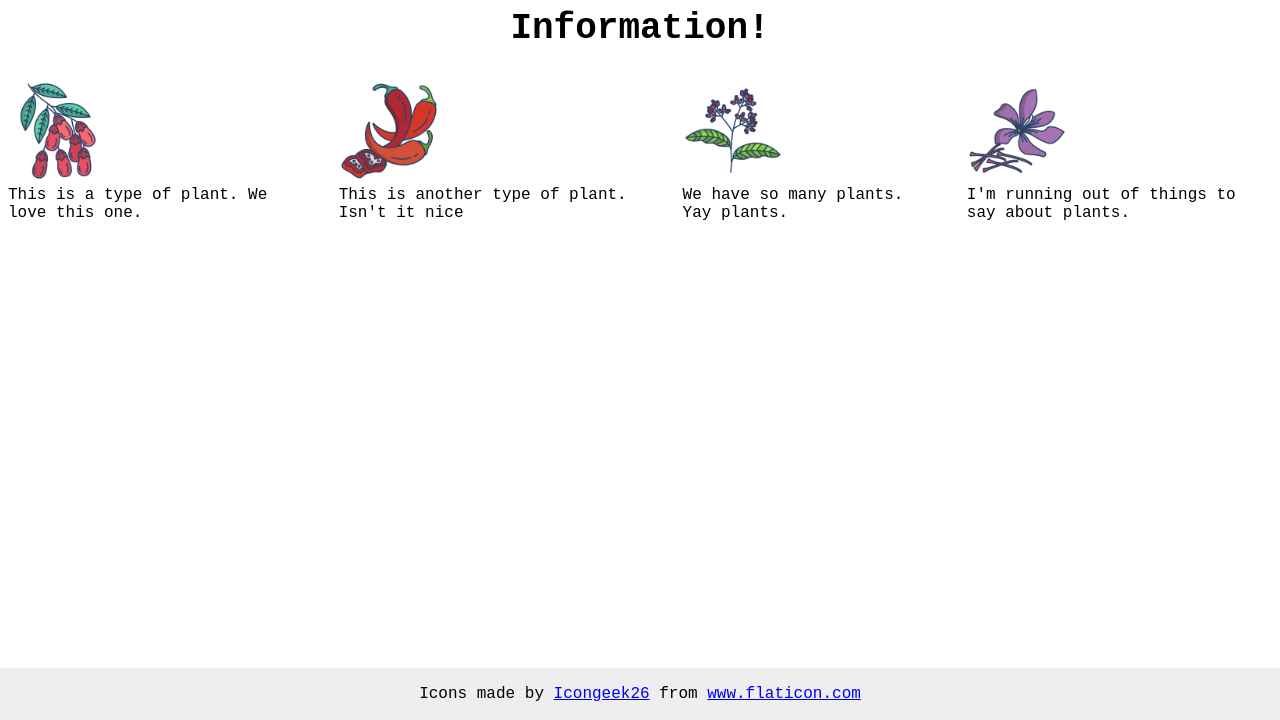
Repository: evemcd/odin_project
Page: 06-odin-css-flex/04-flex-information/index.html
These files come from the project's save history. The page is drawn as it stood at one moment and after the next save; the edit follows.
The browser window is 1280 px wide. The pictures show the whole page.

Above is the page before, as saved 2022-02-03 09:20:33.

After the next save:
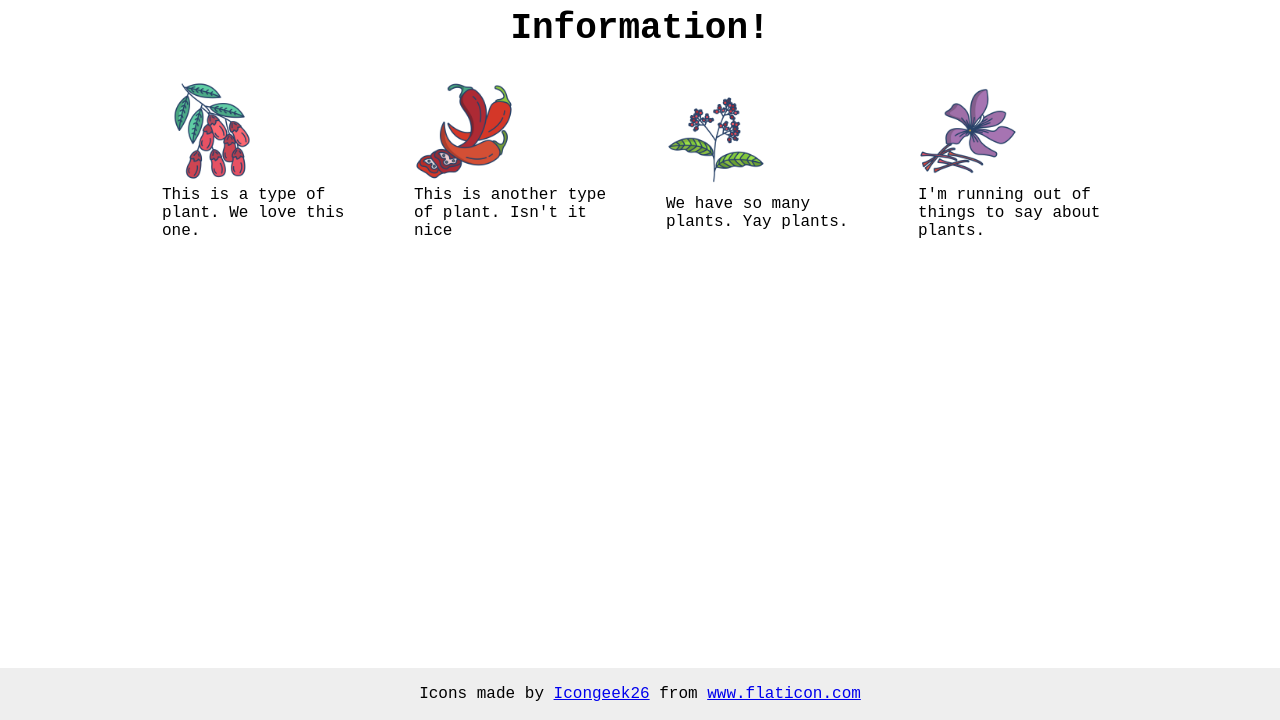
Saved 30 s later.
--- a/06-odin-css-flex/04-flex-information/style.css
+++ b/06-odin-css-flex/04-flex-information/style.css
@@ -21,6 +21,13 @@ img {
     gap: 52px;
 }
 
+.barberry,
+.chilli,
+.pepper,
+.saffron {
+    width: 200px;
+}
+
 /* do not edit this footer */
 .footer {
     position: fixed;
